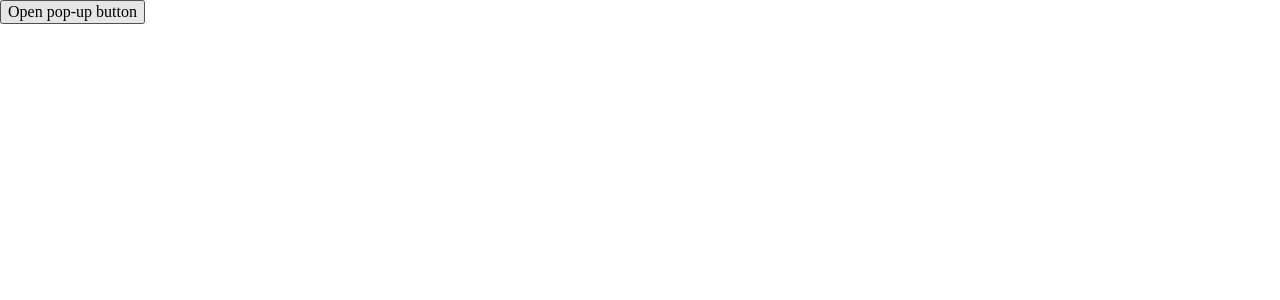
Repository: Evgenius190999999/nodasoft
Page: index.html
An editor plug-in stored every save of this project. The page is shown before and after the next save, followed by the edit.
The browser window is 1280 px wide. The pictures show the whole page.
Some web libraries are served in a nearby version. The style sheet was rebuilt from its Sass, Less or Tailwind sources for each picture, by a compiler version that may differ from the author's.

Above is the page before, as saved 2022-07-08 14:32:26.

### index.html
<!DOCTYPE html>
<html lang="en">

<head>
    <meta charset="UTF-8">
    <meta http-equiv="X-UA-Compatible" content="IE=edge">
    <meta name="viewport" content="width=device-width, initial-scale=1.0">
    <link rel="stylesheet" href="./style/normalize.css">
    <link rel="stylesheet" href="./style/reset.css">
    <link rel="stylesheet" href="./style/style.css">
    <script src="https://kit.fontawesome.com/33ab42410f.js" crossorigin="anonymous"></script>
    <title>Nodasoft</title>
</head>

<body>
    <header class="header container">
        <button class="open__popup">Open pop-up button</button>
    </header>

</body>

</html>

### style/sass/style.sass

*, *::after, *::before
    box-sizing: border-box

    .header

.container

.open__popup

Loaded but not shown: style/normalize.css (library); style/reset.css (common file)

After the next save:
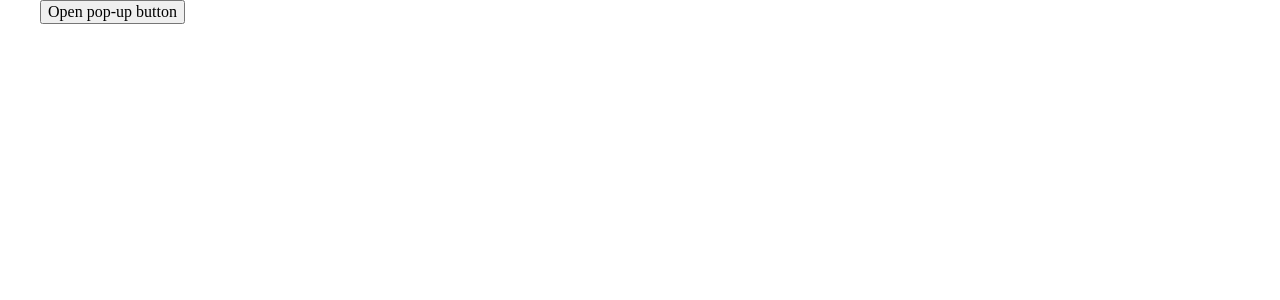
Saved 25 s later.
--- a/style/sass/style.sass
+++ b/style/sass/style.sass
@@ -5,5 +5,7 @@
     .header
 
 .container
+    max-width: 1200px
+    margin: 0 auto
 
 .open__popup
